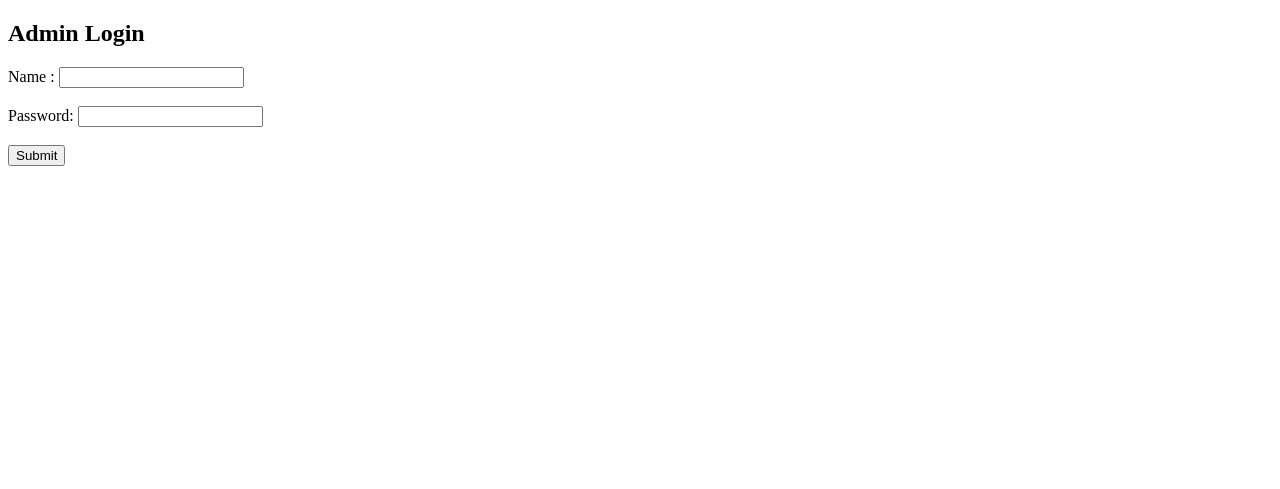
Repository: qscankit/-Servlet-Student-Management-System-
Page: http://localhost/simple-servlet-student-management-project/admin_login.jsp
These files come from the project's save history. The page is drawn as it stood at one moment and after the next save; the edit follows.
The browser window is 1280 px wide. The pictures show the whole page.
The page is served by Tomcat 9.

Above is the page before, as saved 2023-01-25 09:12:47.

After the next save:
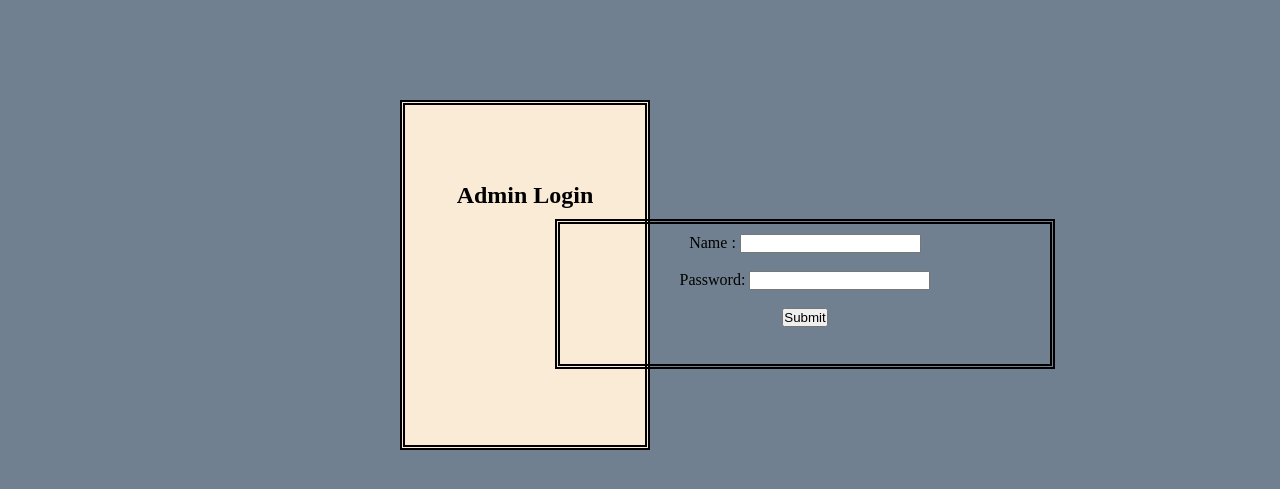
Saved 41 s later.
--- a/simple-servlet-student-management-project/src/main/webapp/admin_login.jsp
+++ b/simple-servlet-student-management-project/src/main/webapp/admin_login.jsp
@@ -4,7 +4,56 @@
 <html>
 <head>
 <meta charset="ISO-8859-1">
-<title>Insert title here</title>
+<title>ADMIN LOGIN</title>
+
+ <style>
+        *{
+            margin: 0px;
+            padding: 0px;
+            box-sizing: border-box;
+        }
+        body{
+            background-color: slategrey;
+        }
+
+        .sec1{
+            display: flex;
+            flex-direction: column;
+            justify-content: center;
+            position: relative;
+            left: 400px;
+            top: 100px;
+            border: 5px double black;
+            height: 350px;
+            width: 250px;
+            background-color: antiquewhite;
+
+        }
+
+        .head1{
+            display: flex;
+            justify-content: center;
+            text-align: center;
+            text-decoration: solid;
+            font-size: medium;
+
+            /* border-bottom: 5px solid black; */
+
+        }
+        .form1{
+            display: flex;
+            height: 150px;
+            width: 500px;
+            margin-left: 150px;
+            padding: 10px;
+            border: 5px  double black;
+            margin-top: 10px;
+            justify-content: center;
+            text-align: center;
+
+        }
+    </style>
+
 </head>
 <body>
 
